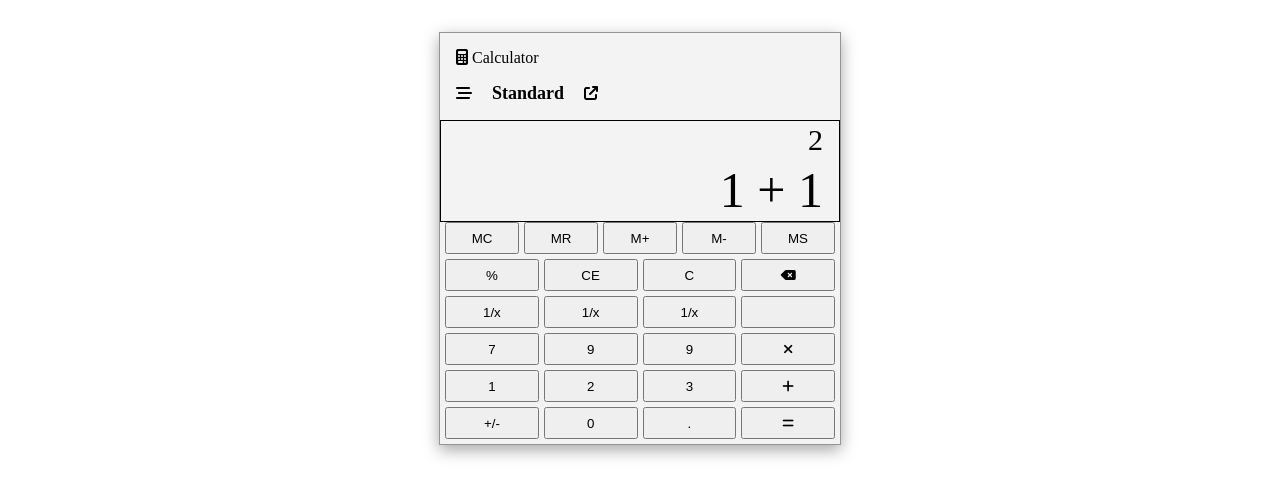
Repository: tungts3qb/Javascript
Page: Calculator/Calculator.html
These files come from the project's save history. The page is drawn as it stood at one moment and after the next save; the edit follows.
The browser window is 1280 px wide. The pictures show the whole page.

Above is the page before, as saved 2022-12-26 17:31:51.

After the next save:
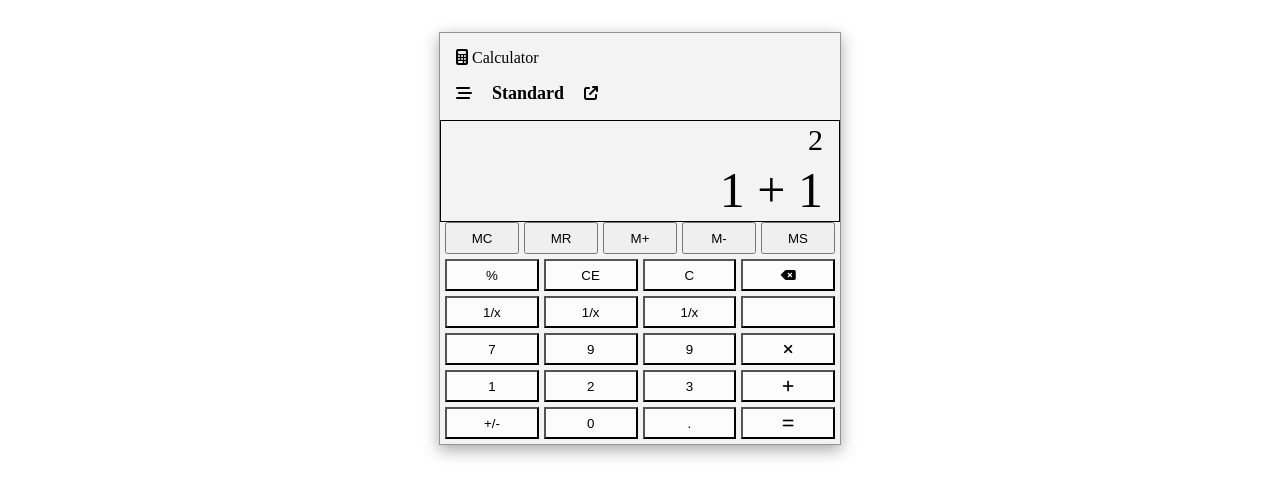
Saved 95 s later.
--- a/Calculator/style.css
+++ b/Calculator/style.css
@@ -94,4 +94,5 @@
 
 .calculator-button {
   height: 2rem;
+  background-color: #fcfcfc;
 }
